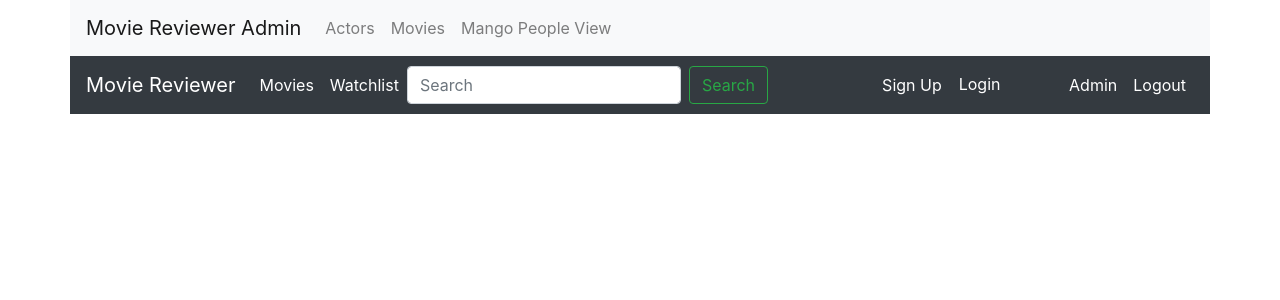
Repository: Dev-Aligator/Spring-Movie-Review
Page: src/main/resources/templates/layouts.html
These files come from the project's save history. The page is drawn as it stood at one moment and after the next save; the edit follows.
The browser window is 1280 px wide. The pictures show the whole page.

Above is the page before, as saved 2023-06-10 02:07:25.

After the next save:
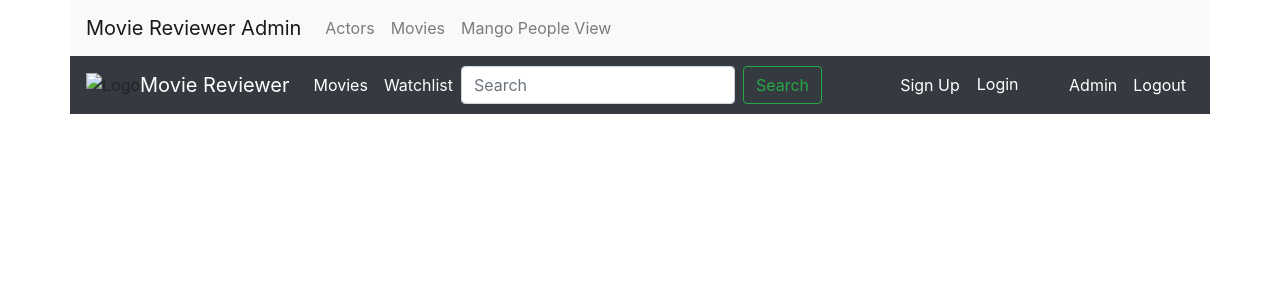
Saved 17 min 22 s later.
--- a/src/main/resources/templates/layouts.html
+++ b/src/main/resources/templates/layouts.html
@@ -77,6 +77,7 @@
         <span class="navbar-toggler-icon"></span>
     </button>
     <div class="collapse navbar-collapse" id="navbarTogglerDemo01">
+        <img class="logo" th:src="@{/images/logo.png}" alt = "Logo"/>
         <a class="navbar-brand" href="/movies">Movie Reviewer</a>
         <ul class="navbar-nav mr-auto mt-2 mt-lg-0">
             <li class="nav-item active">
